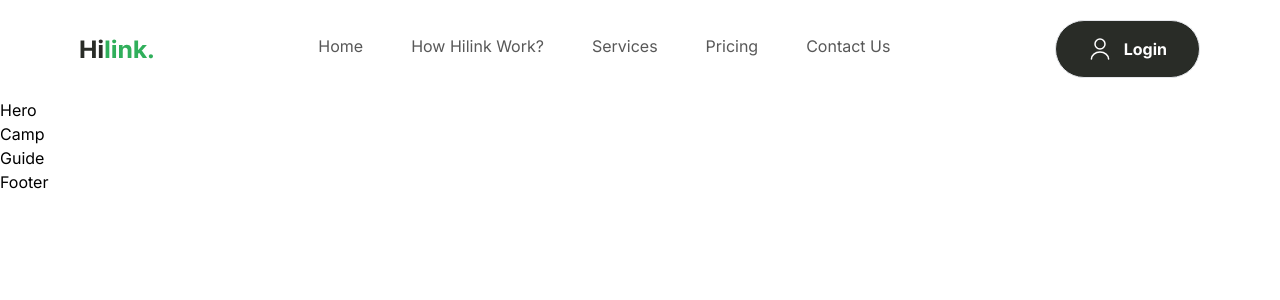
Repository: MikeeBuilds/camp
Page: /
The author's editor kept a copy of each file at every save. The page is drawn from the files as they stood at one save, then again after a run of saves.
The browser window is 1280 px wide. The pictures show the whole page.
The project was rebuilt for these pictures with package versions that can differ from the ones it lists, and the page was loaded fresh each time. The framework's server and built-in components were replaced by stand-ins that run in the browser. Also part of the build but not shown: next.config.js.

Above is the page before, as saved 2023-11-24 20:35:49.

After the next 4 saves:
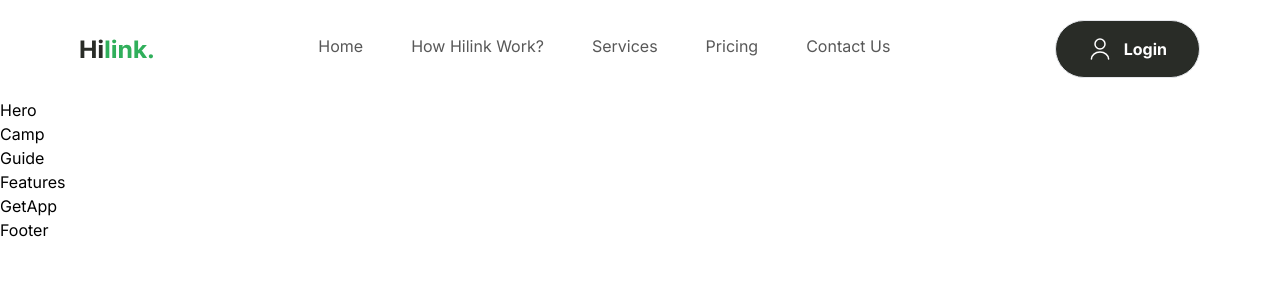
The 4 saves are shown as one change because they came seconds apart.
The last was saved 11 s later.
--- a/app/page.tsx
+++ b/app/page.tsx
@@ -1,4 +1,6 @@
 import Camp from "@/components/Camp";
+import Features from "@/components/Features";
+import GetApp from "@/components/GetApp";
 import Guide from "@/components/Guide";
 import Hero from "@/components/Hero";
 
@@ -8,7 +10,8 @@ export default function Home() {
       <Hero/>
       <Camp/>
       <Guide/>
-
+      <Features/>
+      <GetApp/>
     </>
   )
 }
